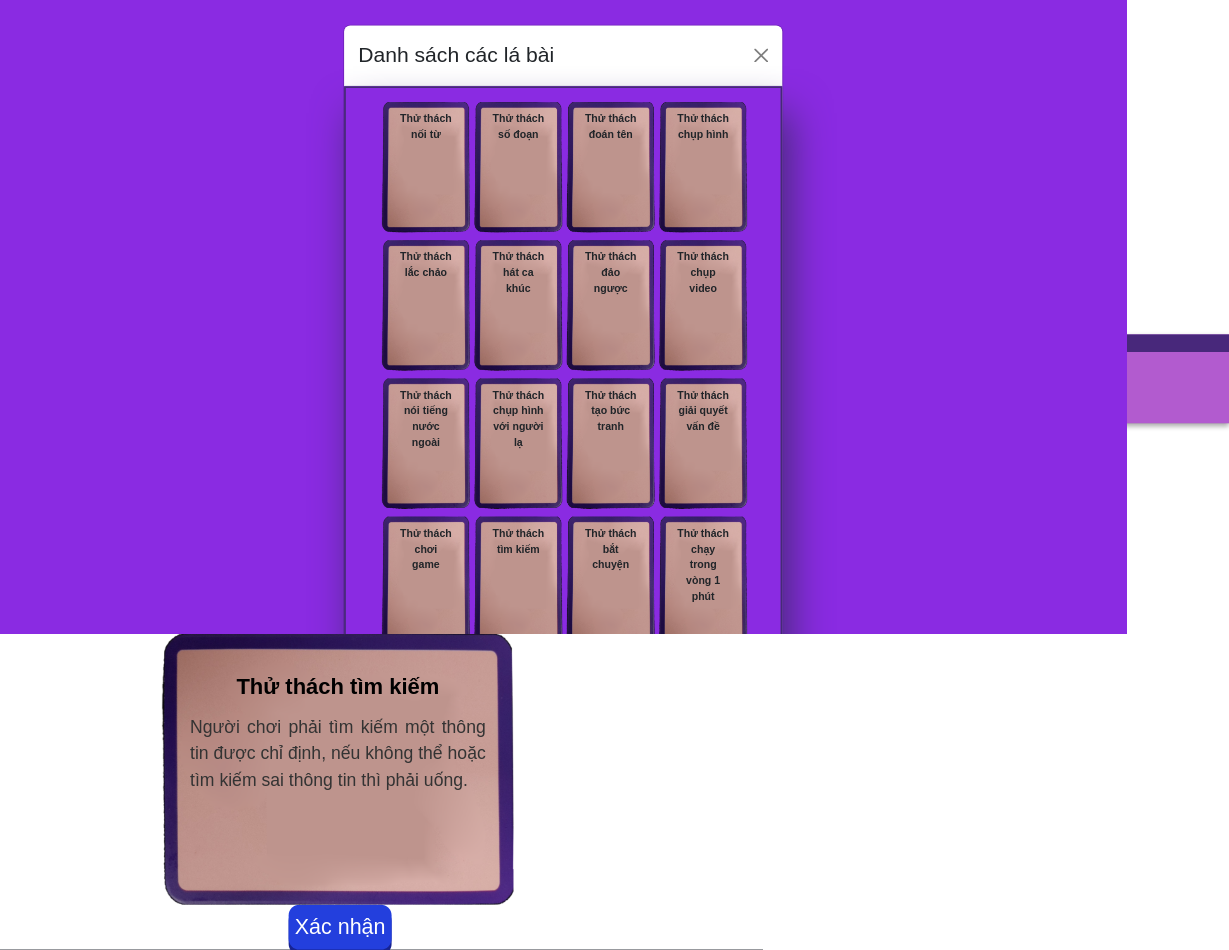
Repository: hivongseth2/drinkGame1
Page: / (app in my-app/), after clicking the first element matching `#buttonBoc`
These files come from the project's save history. The page is drawn as it stood at one moment and after the next save; the edit follows.
The browser window is 1280 px wide. The page is 1397 px wide, so the pictures cover 1397 px, including what lies to the right of the window. The pictures show the whole page, at 88% of full size.
An inner scrolling area shows only its first screen. The project was rebuilt for these pictures with package versions that can differ from the ones it lists, and the page was loaded fresh each time.

Above is the page before, as saved 2023-01-19 14:59:39.

### my-app/src/index.js
import React from "react";
import ReactDOM from "react-dom/client";
import "./styles/global.scss";
import App from "./views/App";
import reportWebVitals from "./reportWebVitals";

const root = ReactDOM.createRoot(document.getElementById("root"));
root.render(
  <React.StrictMode>
    <App />
  </React.StrictMode>
);

// If you want to start measuring performance in your app, pass a function
// to log results (for example: reportWebVitals(console.log))
// or send to an analytics endpoint. Learn more: https://bit.ly/CRA-vitals
reportWebVitals();

### my-app/src/views/App.js
import logo from "./logo.svg";
import GameMain from "./GameMain";
import Control from "./Control";
import "./App.scss";
import BocBai from "./BocBai";
import { ToastContainer, toast } from "react-toastify";
import "react-toastify/dist/ReactToastify.css";

function App() {
  return (
    <div className="App">
      <header className="App-header">
        {/* <img src={logo} className="App-logo" alt="logo" /> */}
        {/* <p>
          Edit <code>src/App.js</code> and save to reload.
        </p> */}
        <div className="content">
          <GameMain />
          <Control />
        </div>
      </header>

      <ToastContainer
        position="top-right"
        autoClose={5000}
        hideProgressBar={false}
        newestOnTop={false}
        closeOnClick
        rtl={false}
        pauseOnFocusLoss
        draggable
        pauseOnHover
        theme="colored"
      />
    </div>
  );
}

export default App;

### my-app/src/views/GameMain.js
import React from "react";
import logo from "../assets/img/bobai.png";
import "../styles/bobai.scss";

class GameMain extends React.Component {
  render() {
    return (
      <>
        <div>
          <img className="introImg" src={logo}></img>
        </div>
      </>
    );
  }
}
export default GameMain;

### my-app/src/views/App.scss
.App {
  text-align: center;
}

.App-logo {
  height: 40vmin;
  pointer-events: none;
}

@media (prefers-reduced-motion: no-preference) {
  .App-logo {
    animation: App-logo-spin infinite 20s linear;
  }
}

.App-header {
  background-color: #282c34;
  min-height: 100vh;
  display: block;
  flex-direction: column;
  align-items: center;
  justify-content: center;
  font-size: calc(10px + 2vmin);
  color: white;
}

.App-link {
  color: #61dafb;
}

@keyframes App-logo-spin {
  from {
    transform: rotate(0deg);
  }
  to {
    transform: rotate(360deg);
  }
}

.content
{
  position: relative;

  margin-left: -40%;


}

### my-app/src/views/BocBai.js
import React from "react";
import logo from "../assets/img/labai2.png";
import logo1 from "../assets/img/mattruoc.png";
import ListPush from "./ListPush";

import "../styles/BocBai.scss";

class BocBai extends React.Component {
  state = {
    id: "",
    name: "",
    description: "",
  };

  componentDidMount() {
    //   console.log(res.data.data);
    this.setState({
      id: this.props.id,
      name: this.props.name,
      description: this.props.des,
    });
    // console.log(this.state);
  }
  componentWillReceiveProps() {
    this.setState({
      id: this.props.id,
      name: this.props.name,
      description: this.props.des,
    });
  }
  btnXacNhan = () => {
    let crI = this.props.id;
    this.deleteCo(crI);
    this.setState({
      id: "",
      name: "",
      des: "",
    });
    this.props.setStt(true);
    // console.log(this.props.stt);
  };

  deleteCo = (item) => {
    this.props.del(item);
    // console.log(item);
  };

  render() {
    // const mystyle = {
    //   color: "white",
    //   backgroundColor: "DodgerBlue",
    //   padding: "10px",
    //   fontFamily: "Arial",
    // };

    // let isEmpty = Object.keys(this.state.id).length === 0;

    let { id, name, des } = this.props;
    // this.setState({
    //   id: this.props.id,
    // });

    // this.setState({
    //   id: this.props.id,
    //   name: this.props.name,
    //   description: this.props.des,
    // });
    {
    }

    return (
      <div className="BocBai">
        {/* {console.log(this.state)} */}
        {this.props.stt === true ? (
          <>
            <img className="imgmattruoc" src={logo1}></img>
          </>
        ) : (
          <>
          <div className="BocBai__Container">
            <img className="imgLaBai" src={logo}></img>
            <div className="content">
              <div className="name">{name}</div>
              <div className="des">{des}</div>
            </div>

            <button className="btnOK" onClick={() => this.btnXacNhan()}>
              Xác nhận
            </button>
          </div>
          <div className="BocBai__Container">
            <div className="BocBai__Content" style={{ backgroundImage: `url(${logo})` }}>
              <div className="name">{name}</div>
              <div className="des">{des}</div>
            </div>

            <button className="btnOK" onClick={() => this.btnXacNhan()}>
              Xác nhận
            </button>
            {/* {console.log(this.state.name)} */}
          </div>
          </>
        )}

        <ListPush
          id={this.state.id}
          name={this.state.name}
          des={this.state.description}
        />
      </div>
    );
  }
}
export default BocBai;

### my-app/src/styles/bobai.scss
img{


    width: 400px;
    height: 500px;
    // margin: 0;
}
.introImg
{
    width: 230px;
    height: 300px;
    margin-top: 0px;
    // margin-left: ;
}

### my-app/src/styles/Control.scss
.btnBoc {
    background-color: brown;
    color: rgb(255, 255, 255);
    padding: 1vh;
    border-radius: 0.5em;
    border: none;
    margin-left: 5px;
    box-shadow: 0 6px 0 rgb(100, 19, 19);
    transition: .5s;

    &:hover {
        background-color: rgba(148, 46, 46, 0.863);
    }

    &:active {
        box-shadow: none;
        transform: translateY(5px);
    }

}

.btnXoc {
    background-color: orange;
    color: rgb(255, 255, 255);
    padding: 1vh;
    border-radius: 0.5em;
    border: none;
    margin-left: 5px;
    box-shadow: 0 6px 0 rgb(194, 98, 9);
    transition: .5s;

    &:hover {
        background-color: rgba(165, 112, 12, 0.664);

    }


    &:active {
        box-shadow: none;
        transform: translateY(5px);
    }

}

.btnReset {
    background-color: rgb(35, 63, 221);
    color: rgb(255, 255, 255);
    padding: 1vh;
    border-radius: 0.5em;
    border: none;
    margin-left: 5px;
    box-shadow: 0 6px 0 rgb(23, 35, 145);
    transition: .5s;

    &:hover {
        background-color: rgba(48, 17, 119, 0.664);

    }


    &:active {
        box-shadow: none;
        transform: translateY(5px);
    }

}

.menuControl {
    position: relative;
    display: inline-block;
}

.box__modal {
    @media only screen and (max-device-width: 480px) {
        .modal-content {
            width: 100vw;
        }
    }
}

### my-app/src/views/BoxItem.js
import React from "react";
import Button from "react-bootstrap/Button";
import Form from "react-bootstrap/Form";
// import Modal from "react-modal";
import "bootstrap/dist/css/bootstrap.min.css";
import Modal from "react-bootstrap/Modal";
import logo from "../assets/img/labai.png";
import ReactDOM from "react-dom/client";
import "../styles/Modal.scss";
import styled from "styled-components";
class BoxItem extends React.Component {
  state = {
    isOpen: true,
    list: [],
  };
  componentDidMount() {
    this.setState({
      list: this.props.list,
    });
  }
  componentWillReceiveProps() {
    this.setState({
      list: this.props.list,
    });
  }

  openModal = () => {
    this.setState({ isOpen: true });
  };
  closeModal = () => this.setState({ isOpen: false });

  render() {
    // console.log("aaaaaaaaa1" + this.props.list.name);
    // let list1 = this.state.list;
    console.log(this.state.list);
    return (
      <>
        <Modal
          // className="Modal"
          show={this.props.isOpen}
          onHide={this.props.closeModal}
          backdrop="static"
          className="d-xl-inline-flex justify-content-center box__modal"
        >
          <Modal.Header closeButton>
            <Modal.Title>Danh sách các lá bài</Modal.Title>
          </Modal.Header>
          <Modal.Body>
            {/* <Form.Label>Name: </Form.Label>
            <Form.Control
              type="text"
              onChange={this.handleChange}
              value={this.state.name}
              placeholder="name input"
            /> */}

            {this.state.list.map((item, index) => {
              return (
                <div className="boxitem">
                  <img className="imgLaBai1" src={logo}></img>
                  <div className="content">
                    <div className="name">{item.name}</div>
                    <div className="des">{item.des}</div>
                  </div>
                </div>
              );
            })}
          </Modal.Body>
          <Modal.Footer></Modal.Footer>
        </Modal>
      </>
    );
  }
}
export default BoxItem;

### my-app/src/views/ListPush.js
import React from "react";
import "../styles/ListPush.scss";

class ListPush extends React.Component {
  state = {
    list: [
      {
        // id: null,
        // name: null,
        // description: null,
      },
    ],
    stt: false,
  };

  componentWillReceiveProps() {
    this.setState({
      stt: true,
    });
    this.addList();
  }

  componentWillMount() {
    this.setState({
      stt: true,
    });
    this.addList();
  }
  addList = () => {
    if (this.props.id != "") {
      const w = {
        id: this.props.id,
        name: this.props.name,
        description: this.props.description,
      };
      if (this.state.stt) {
        this.setState({
          list: [...this.state.list, w],
        });
        this.setState({
          stt: false,
        });
        //   console.log(this.state.list);
        this.render();
      }
    }

    return;
  };
  render() {
    // this.setState({
    //   id: id,
    //   name: name,
    //   description: des,
    let { list } = this.state;
    // let isEmpty = Object.keys().length === 0;

    let count = 0;
    // console.log(list);
    // });
    return (
      <>
        <div className="container">
          <div className="items">
            <div className="items-head">
              <p>Bài đã bóc</p>
              <hr />
            </div>
            {list.map((item, index) => {
              if (item.id != undefined) {
                return (
                  <div className="items-body">
                    <div className="items-body-content">
                      <span>{`${index} - ${item.name}`}</span>
                      <i className="fa fa-angle-right"></i>
                    </div>
                  </div>
                );
              }
            })}
          </div>
        </div>
      </>
    );
  }
}
export default ListPush;

### my-app/src/styles/BocBai.scss
.BocBai {
    // margin-top: 200px;
    display: inline-block;
    margin-left: -200px;
    position: absolute;

    .imgmattruoc {
        // display: none;
        height: 350px;
        position: relative;

    }

    .imgLaBai {
        position: relative;
        height: 300px;
        transition: transform 0.5s;

        /* Thiết lập thời gian chuyển đổi */
        &:hover {}

    }

    .content {
        position: absolute;
        margin-top: -350px;
        margin-left: 0px;

        .name {
            position: absolute;
            margin-top: 70px;
            margin-left: 28px;
            font-size: 25px;
            font-weight: bold;
            width: 340px;
            color: black;
        }

        .des {
            width: 330px;
            font-size: 20px;
            text-align: justify;
            margin-left: 35px;
            color: #333;
            margin-top: 150px;


        }
    }

    .btnOK {
        background-color: rgb(35, 63, 221);
        color: rgb(255, 255, 255);
        padding: 1vh;
        border-radius: 0.5em;
        border: none;
        margin-left: 5px;
        box-shadow: 0 6px 0 rgb(23, 35, 145);
        transition: .5s;

        &:hover {
            background-color: rgba(48, 17, 119, 0.664);

        }


        &:active {
            box-shadow: none;
            transform: translateY(5px);
        }

    }
}

.BocBai__Container {
    .BocBai__Content {
        position: relative;
        width: 400px;
        height: 310px;
        max-width: 100%;
        aspect-ratio: 4 / 3;
        padding: 32px;

        background-repeat: no-repeat;
        background-size: cover;
        object-fit: cover;

        .name {
            margin-top: 12px;
            font-size: 25px;
            font-weight: bold;
            color: black;
        }

        .des {
            margin-top: 12px;
            font-size: 20px;
            text-align: justify;
            color: #333;
        }
    }
}

### my-app/src/styles/Modal.scss

  .modal
  {
    background-color: blueviolet;
  }
  // .modal-header{
  //   background-color: #452a76;
  // }
  .modal-body{
    background-color: #8a2be2;
    border: #452a76 solid 2px;
    box-shadow: 10px 30px 44px #452a76;
  }
  .modal-footer{
    background-color: #8a2be2;

  }
.imgLaBai1
{
    width: 100px;
    height: 150px;
}
.boxitem
{
    display:inline-flex;
    margin-left: 25px;

    .content
    {
        position: relative;
        margin-left: -100px;
        padding-top: 10px;
        padding-left: 20px;
        font-size: 12px;
        font-weight: bolder;
        width: 80px;
        text-align: center;
    }
}

### my-app/src/styles/ListPush.scss
$pri: #dd71b7;
$sec: #a136c4d0;
$dark-pri: #48287B;
* {
  box-sizing: border-radius;
  font-family: 'Rubik', sans-serif;
}
.container {
  border: 1px solid black;
  border-radius: 2%;
  margin-left: -100%;
  left: 500px;
  color: #ffffff;
  position: absolute;
//   top: 0; right: 0px; bottom: 0; left: 0;
//   margin: auto;
  margin-top: -225%;
  display: grid;
  place-items: center;
  background-color: $pri;
  margin-top: -700px;
//   height: 80;
}

.items {
  width: 700px;
  background: $sec;
  box-shadow: 0 3px 6px rgba(black,0.16), 0 3px 6px rgba(black,0.23);
  border-top: 20px solid $dark-pri;
}

.items-head p{
  padding: 5px 3px;
//   margin: 10px;
  color: #f7f7f7;
  font-weight: bold;
  font-size: 25px;
}

.items-head hr {
  width: 20%;
//   margin: 0px 30px;
  border: 1px solid $dark-pri;
}

.items-body {
//   padding: 10px;
  margin: 10px;
  display: grid;
  grid-gap: 10px;
}

.items-body-content {
  padding: 2px;
  padding-right: 0px;
  display: grid;
  grid-template-columns: 25fr 1fr;
  // background-color: lightblue;
  font-size: 15px;
  grid-gap: 10px;
  border: 1px solid transparent;
  cursor: pointer;

}

.items-body-content:hover {
  border-radius: 15px;
  border: 1px solid $dark-pri;
}

.items-body-content i {
  align-self: center;
  font-size: 15px;
  color: $dark-pri;
  font-weight: bold;
  animation: icon 1.5s infinite forwards;
}

@keyframes icon {
  0%,100%{
    transform: translate(0px);
  }
  50% {
    transform: translate(3px);
  }
}

Loaded but not shown: my-app/public/index.html (common file); my-app/src/styles/global.scss (common file); my-app/src/reportWebVitals.js (common file); my-app/src/views/Control.js (465 lines, source omitted)

After the next save:
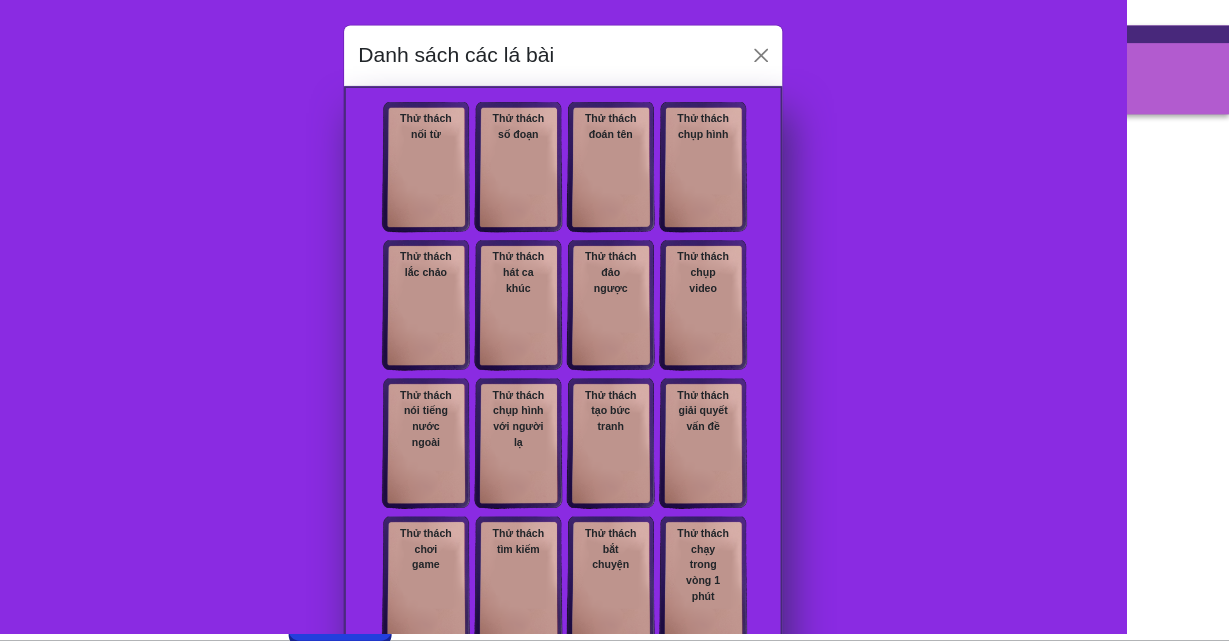
Saved 54 s later.
--- a/my-app/src/views/BocBai.js
+++ b/my-app/src/views/BocBai.js
@@ -77,7 +77,7 @@ class BocBai extends React.Component {
           </>
         ) : (
           <>
-          <div className="BocBai__Container">
+          {/* <div className="BocBai__Container">
             <img className="imgLaBai" src={logo}></img>
             <div className="content">
               <div className="name">{name}</div>
@@ -87,7 +87,7 @@ class BocBai extends React.Component {
             <button className="btnOK" onClick={() => this.btnXacNhan()}>
               Xác nhận
             </button>
-          </div>
+          </div> */}
           <div className="BocBai__Container">
             <div className="BocBai__Content" style={{ backgroundImage: `url(${logo})` }}>
               <div className="name">{name}</div>
